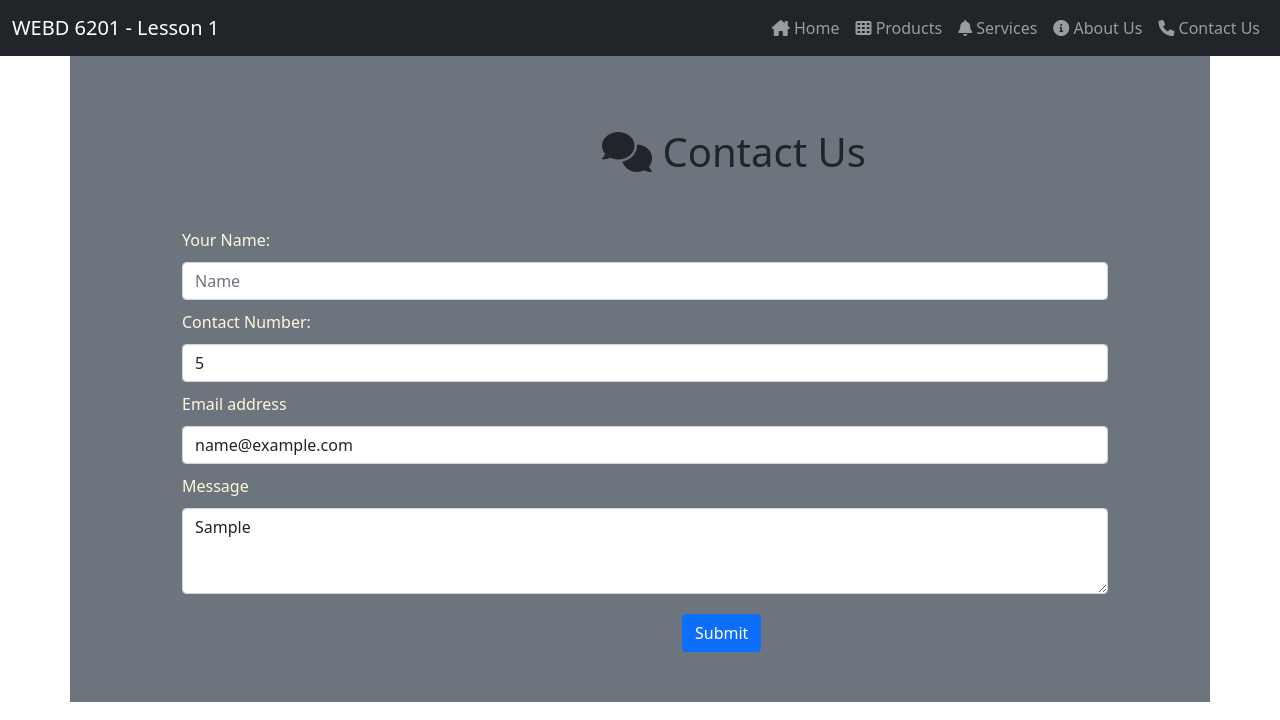
Repository: devanshudave1901/DevanshuDave_AngaranYogeswaranLab2
Page: contact.html
The author's editor kept a copy of each file at every save. The page is drawn from the files as they stood at one save, then again after the next save.
The browser window is 1280 px wide. The pictures show the whole page.
Empty fields were first filled with sample values (such as "Sample", 5 or name@example.com).
After loading, the first visible `#submitButton` was clicked once.

Above is the page before, as saved 2022-02-10 16:27:01.

### contact.html
<!DOCTYPE html>
<html lang="en">
  <head>
    <meta charset="UTF-8" />
    <meta http-equiv="X-UA-Compatible" content="IE=edge" />
    <meta name="viewport" content="width=device-width, initial-scale=1.0" />
    <title>Contact Us</title>
    <link
      rel="stylesheet"
      href="./node_modules/bootstrap/dist/css/bootstrap.min.css"
    />
    <link
      rel="stylesheet"
      href="./node_modules/@fortawesome/fontawesome-free/css/all.min.css"
    />
    <link rel="stylesheet" href="./Content/app.css" />
  </head>
  <body>
    <nav class="navbar navbar-expand-lg navbar-dark bg-dark">
      <div class="container-fluid">
        <a class="navbar-brand" href="#">WEBD 6201 - Lesson 1</a>
        <button
          class="navbar-toggler"
          type="button"
          data-bs-toggle="collapse"
          data-bs-target="#navbarSupportedContent"
          aria-controls="navbarSupportedContent"
          aria-expanded="false"
          aria-label="Toggle navigation"
        >
          <span class="navbar-toggler-icon"></span>
        </button>
        <div class="collapse navbar-collapse" id="navbarSupportedContent">
          <ul class="navbar-nav ms-auto">
            <li class="nav-item active">
              <a class="nav-link" aria-current="page" href="./index.html"
                ><i class="fa-solid fa-house-chimney"></i> Home</a
              >
            </li>

            <li class="nav-item">
              <a class="nav-link" href="./products.html"
                ><i class="fa-solid fa-th"></i> Products</a
              >
            </li>
            <li class="nav-item">
              <a class="nav-link" href="./services.html"
                ><i class="fa-solid fa-bell"></i> Services</a
              >
            </li>
            <li class="nav-item">
              <a class="nav-link" href="./about.html">
                <i class="fa-solid fa-circle-info"></i> About Us</a
              >
            </li>
            <li class="nav-item">
              <a class="nav-link" href="./contact.html">
                <i class="fa-solid fa-phone"></i> Contact Us</a
              >
            </li>
          </ul>
        </div>
      </div>
    </nav>
    <div class="jumbotron bg-secondary container" id="contentArea">
      <br />
      <br />
      <br />
      <h1 id="contactId"><i class="fa-solid fa-comments"></i> Contact Us</h1>
      <br />

      <form id="Contactform">
        <div class="form-group">
          <label for="InputName">Your Name: </label>
          <input
            type="text"
            class="form-control"
            id="InputName"
            placeholder="Name"
          />
        </div>
        <div class="form-group">
          <label for="InputNumber">Contact Number: </label>
          <input
            type="number"
            class="form-control"
            id="InputNumber"
            placeholder="Contact Number"
          />
        </div>
        <div class="form-group">
          <label for="InputEmail1"> Email address</label>
          <input
            type="email"
            class="form-control"
            id="InputEmail1"
            placeholder="Email Address"
          />
        </div>

        <div class="form-group">
          <label for="InputMessage">Message</label>
          <textarea
            class="form-control"
            id="InputMessage"
            placeholder="Message"
            rows="3"
          ></textarea>
        </div>

        <button type="submit" id="submitButton" class="btn btn-primary">
          Submit
        </button>
      </form>
    </div>
    <!-- 3RD Party Library-->
    <script src="./node_modules/jquery/dist/jquery.min.js"></script>
    <script src="./node_modules/bootstrap/dist/js/bootstrap.min.js"></script>
    <script src="./Scripts/app.js"></script>
  </body>
</html>

### Content/app.css
#Contactform {
  padding: 10px 90px 50px 100px;
}
#Contactform label {
  color: cornsilk;
  padding-bottom: 10px;
  padding-top: 10px;
}

#Contactform button {
  margin-top: 20px;
  margin-left: 500px;
}
.formInputBox {
  padding-left: 60px;
  margin: 8px 0;
  border: dashed;
  box-sizing: border-box;
}

#contactId {
  padding-left: 520px;
}

### Scripts/app.js
var PageTimer = 0;

function formTimer() {
  window.setInterval("updateTime()", 1000);
}

function updateTime() {
  ++PageTimer;

  if (PageTimer == 3) {
    window.location.href = "./index.html";
  }
}

function start() {
  var submitButtonClick = document.getElementById("submitButton");
  submitButtonClick.addEventListener("click", function (event) {
    event.preventDefault();
    var inputName = document.getElementById("InputName").value;
    var inputEmailAddress = document.getElementById("InputEmail1").value;
    var inputNumber = document.getElementById("InputNumber").value;
    var inputMessage = document.getElementById("InputMessage").value;

    console.log(
      "User Form Input" +
        "\n Name of the User: " +
        inputName +
        "\n Number of the User: " +
        inputNumber +
        "\n Email of the User: " +
        inputEmailAddress +
        "\n Message of the User: " +
        inputMessage
    );
    document.getElementById("InputName").value = "";
    formTimer();
  });
}

window.addEventListener("load", start);

Loaded but not shown: node_modules/bootstrap/dist/css/bootstrap.min.css (library); node_modules/@fortawesome/fontawesome-free/css/all.min.css (library); node_modules/jquery/dist/jquery.min.js (library); node_modules/bootstrap/dist/js/bootstrap.min.js (library)

After the next save:
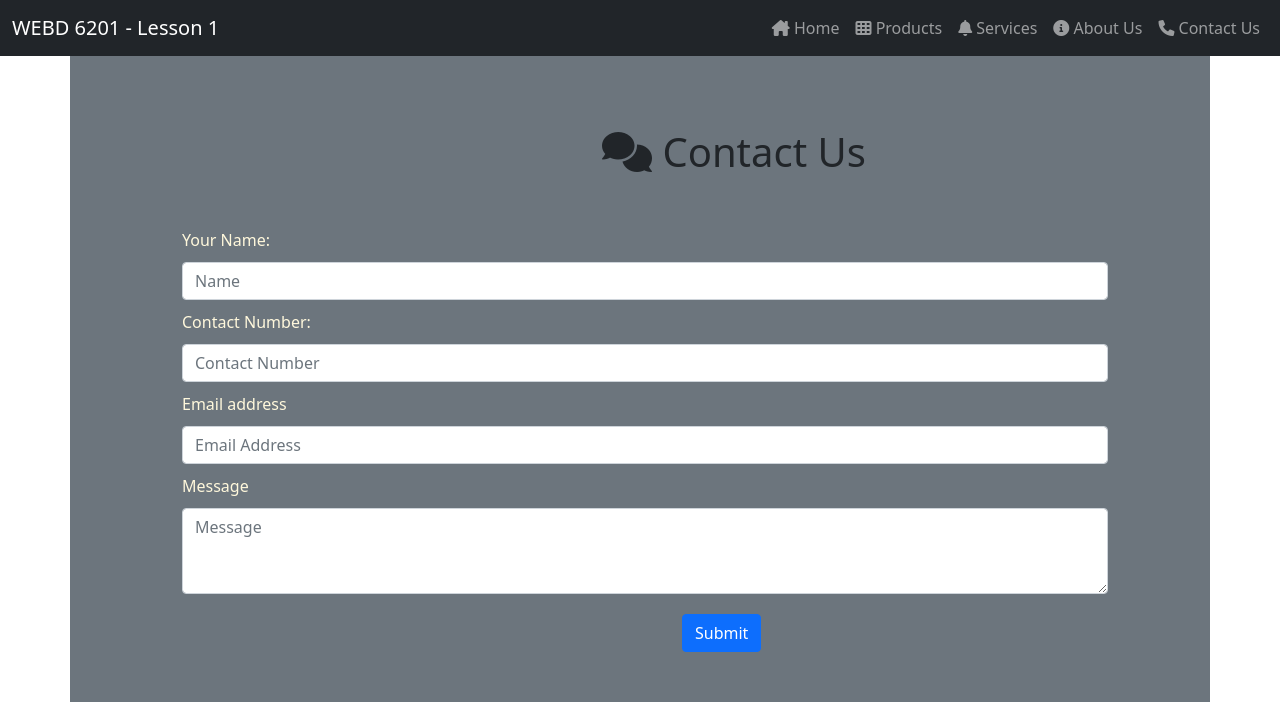
Saved 3 min 57 s later.
--- a/Scripts/app.js
+++ b/Scripts/app.js
@@ -33,6 +33,10 @@ function start() {
         inputMessage
     );
     document.getElementById("InputName").value = "";
+    document.getElementById("InputEmail1").value = "";
+    document.getElementById("InputNumber").value = "";
+    document.getElementById("InputMessage").value = "";
+
     formTimer();
   });
 }
